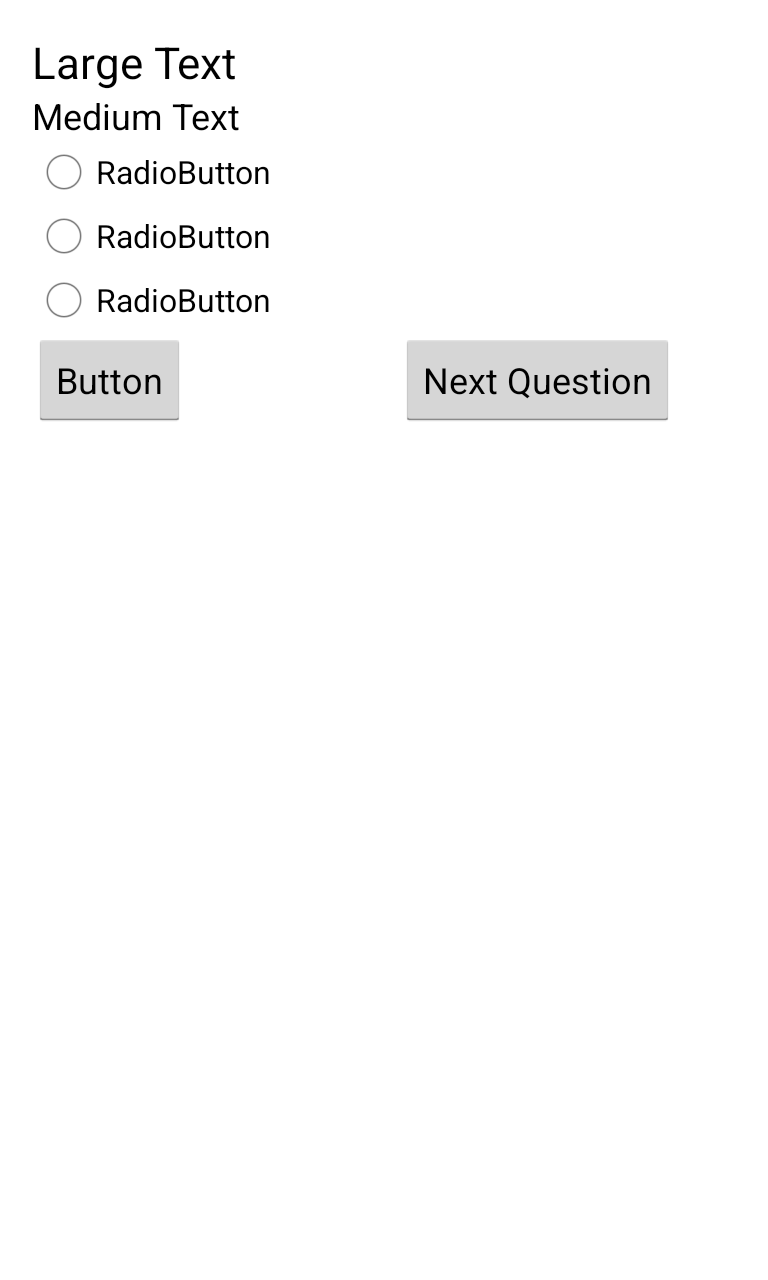
Repository: Sharkeysps/AndroidProjects
Layout: AndroidQuiz/Quiz/res/layout/activity_question_panel.xml
An editor plug-in stored every save of this project. The layout is shown before and after the next save, followed by the edit.
It is drawn on a 768 x 1280 px phone screen (xhdpi) without system bars, with theme AppTheme; the app's code is not run.

Above is the layout before, as saved 2014-02-01 10:28:33.

After the next save:
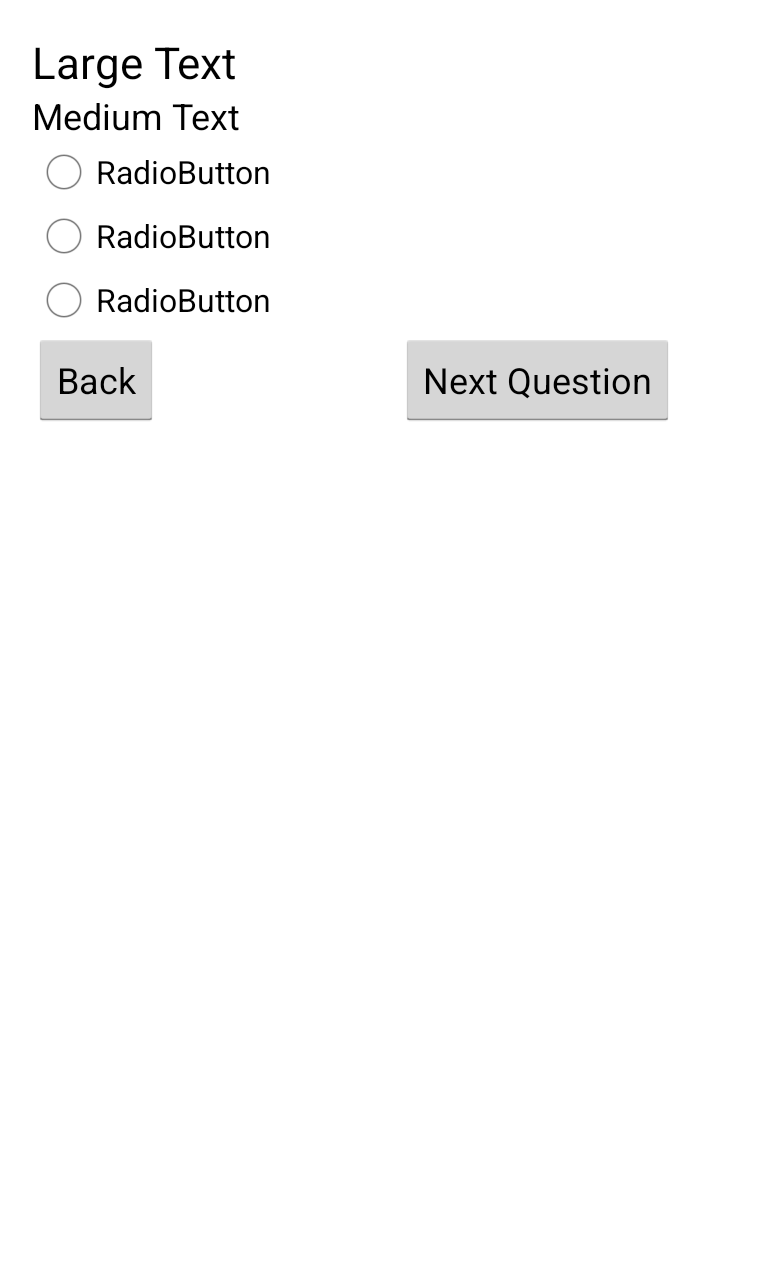
Saved 26 s later.
--- a/AndroidQuiz/Quiz/res/layout/activity_question_panel.xml
+++ b/AndroidQuiz/Quiz/res/layout/activity_question_panel.xml
@@ -52,7 +52,7 @@
             android:layout_height="wrap_content"
             android:layout_alignParentLeft="true"
             android:layout_alignParentTop="true"
-            android:text="Button" />
+            android:text="Back" />
 
         <Button
             android:id="@+id/button2"
